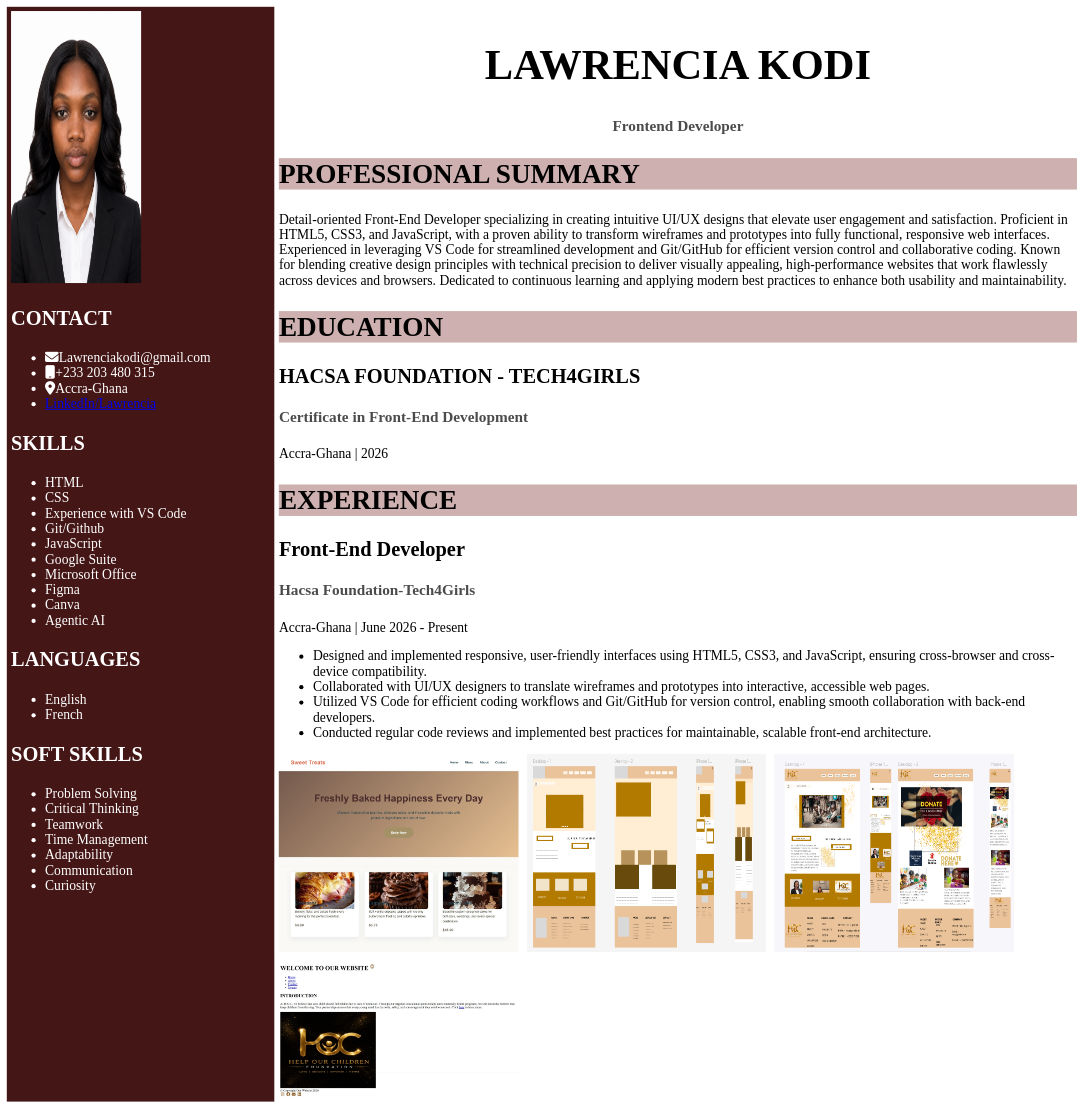
Repository: lawrencia-coder/T4G_CV
Page: index.html
An editor plug-in stored every save of this project. The page is shown before and after the next save, followed by the edit.
The browser window is 1280 px wide. The pictures show the whole page, at 85% of full size.
Some icons come from a web library that is not loaded, so they are not drawn. Some web libraries are served in a nearby version.

Above is the page before, as saved 2026-07-15 08:45:52.

After the next save:
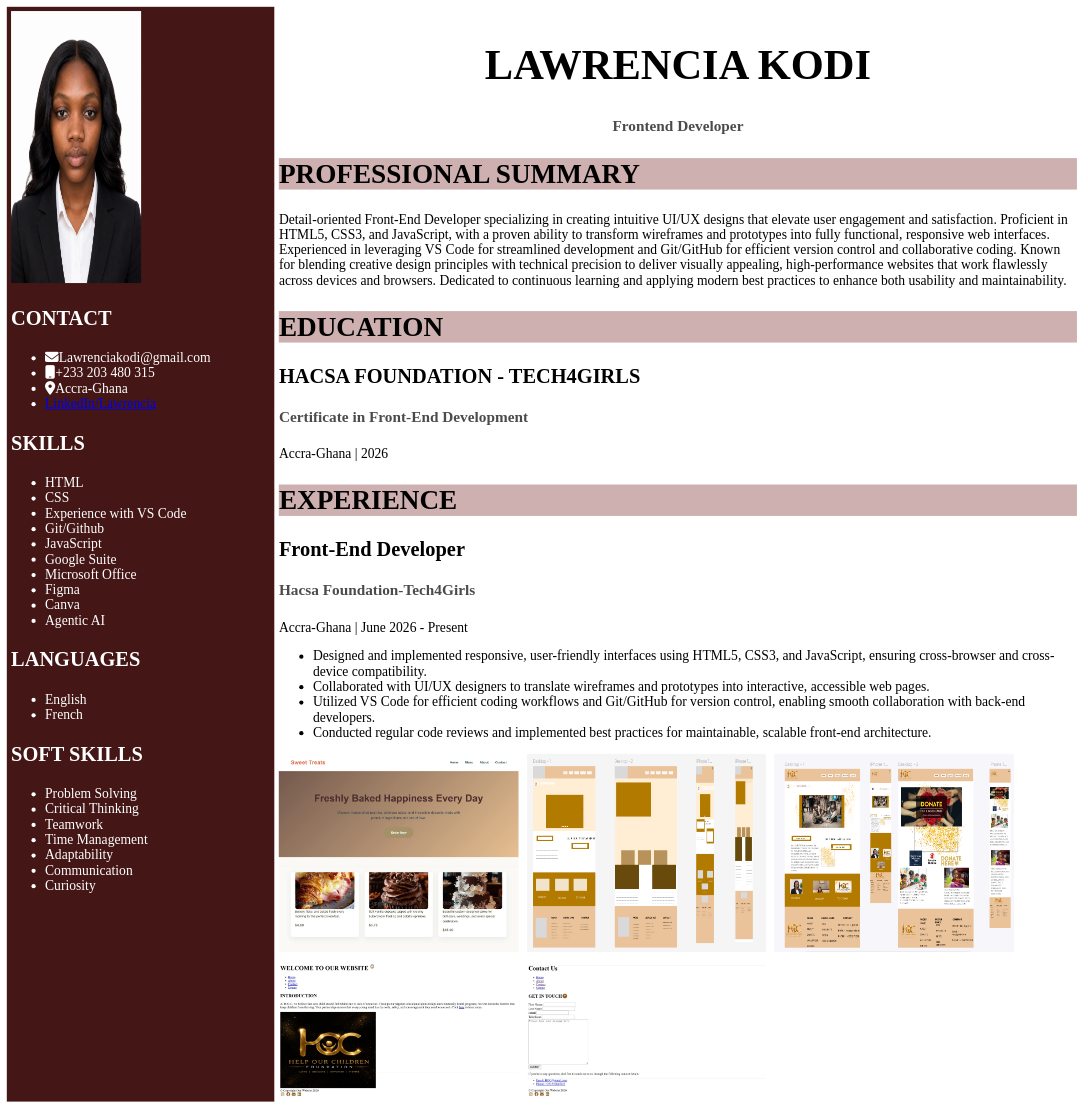
Saved 100 s later.
--- a/index.html
+++ b/index.html
@@ -94,7 +94,7 @@
                     <img src="images/Screenshot 2026-07-15 082621.png" alt="">
                     <img src="images/Screenshot 2026-07-15 082739.png" alt="">
                     <img src="images/Screenshot_15-7-2026_83441_lawrencia-coder.github.io.jpeg" alt="">
-                    <img src="" alt="">
+                    <img src="images/Screenshot_15-7-2026_83647_lawrencia-coder.github.io.jpeg" alt="">
                  </div>
          </div>
     </div>
